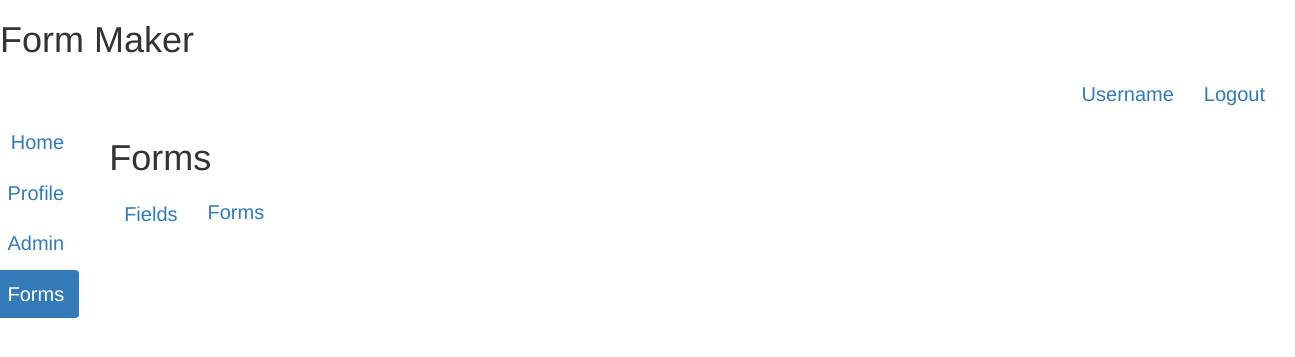
Repository: dishant8/Web-development
Page: public/WebDevWorkspace/Assignment1/WebContent/Css/Bootstrap/forms.html
An editor plug-in stored every save of this project. The page is shown before and after the next save, followed by the edit.
The browser window is 1280 px wide. The page is 1295 px wide, so the pictures cover 1295 px, including what lies to the right of the window. The pictures show the whole page.

Above is the page before, as saved 2015-10-01 01:57:55.

### public/WebDevWorkspace/Assignment1/WebContent/Css/Bootstrap/forms.html
<!DOCTYPE html>
<html>
<head>
<meta charset="ISO-8859-1">
<title>Form Maker</title>
<!--   <link href="Css/bootstrap.min.css" rel="stylesheet" />-->
<link href="app/vendor/bootstrap/dist/css/bootstrap.min.css"
	rel="stylesheet" />

<link rel="stylesheet" href="style.css" />


</head>
<body>
	<div>
		<header id="form">
			<h1>Form Maker</h1>
			<ul class="nav nav-pills">
				<li id="logout" role="presentation"><a href="login.html">Logout</a></li>
				<li id="username" role="presentation"><a href="profile.html">Username</a></li>
			</ul>
		</header>

	</div>

	<div class="row">

		<div class="col-xs-1">

			<ul class="nav nav-pills nav-stacked">
				<li role="presentation"><a href="home.html">Home</a></li>
				<li role="presentation"><a href="profile.html">Profile</a></li>
				<li role="presentation"><a href="admin.html">Admin</a></li>
				<li role="presentation" class="active"><a href="forms.html">Forms</a></li>
			</ul>
		</div>

		<div class="col-xs-11">
			<h1>Forms</h1>
			<ul id="tab" class="nav nav-pills nav-stacked">
				<li role="presentation"><a href="formds.html">Forms</a></li>
				<li role="presentation"><a href="form-fields.html">Fields</a></li>
			</ul>


		</div>
	</div>
</body>
</html>

### public/WebDevWorkspace/Assignment1/WebContent/Css/Bootstrap/style.css
body{
margin="10px";
padding="10px";

}

.col-md-1{
	border-right: black solid medium;
	border-top: black solid medium;
	border-bottom: black solid medium;
	border-left: black solid medium;
	font-size :15px;
}

#form{
		font-size: 20px;
	}


.contain{
		border-bottom: black solid medium;
	border-top: black solid medium;
	border-right: black solid medium;
	border-left: black solid medium;
	margin-top: 30 px;
	margin-bottom: 30 px;
	margin-left: 30 px;
	margin-right: 30 px;

}

#navigate{
	float= right;
	font-size: 20px;
}

.nav-pills>li{
	float: right;
	font-size: 20px;
}

#tab{
	float: left;
	font-size: 20px;
}

Loaded but not shown: public/WebDevWorkspace/Assignment1/WebContent/Css/Bootstrap/app/vendor/bootstrap/dist/css/bootstrap.min.css (library)

After the next save:
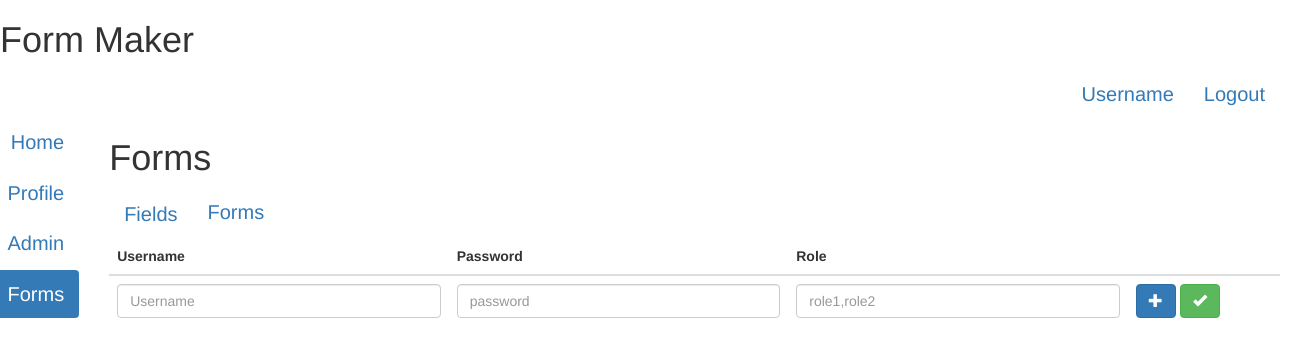
Saved 28 s later.
--- a/public/WebDevWorkspace/Assignment1/WebContent/Css/Bootstrap/forms.html
+++ b/public/WebDevWorkspace/Assignment1/WebContent/Css/Bootstrap/forms.html
@@ -42,7 +42,28 @@
 				<li role="presentation"><a href="form-fields.html">Fields</a></li>
 			</ul>
 
-
+			<table class="table table-striped">
+				<thead>
+					<tr>
+						<th>Username</th>
+						<th>Password</th>
+						<th>Role</th>
+						<th>&nbsp;</th>
+					</tr>
+					<tr>
+						<td><input class="form-control" type="text" name="Username"
+							placeholder="Username" /></td>
+						<td><input class="form-control" type="text" name="password"
+							placeholder="password" /></td>
+						<td><input class="form-control" type="text" name="role"
+							placeholder="role1,role2"></td>
+						<td><a href="#" class="btn btn-primary"> <scan
+									class="glyphicon glyphicon-plus"></scan>
+						</a> <a href="#" class="btn btn-success"> <scan
+									class="glyphicon glyphicon-ok"></scan>
+						</a></td>
+					</tr>
+				</thead>
 		</div>
 	</div>
 </body>
